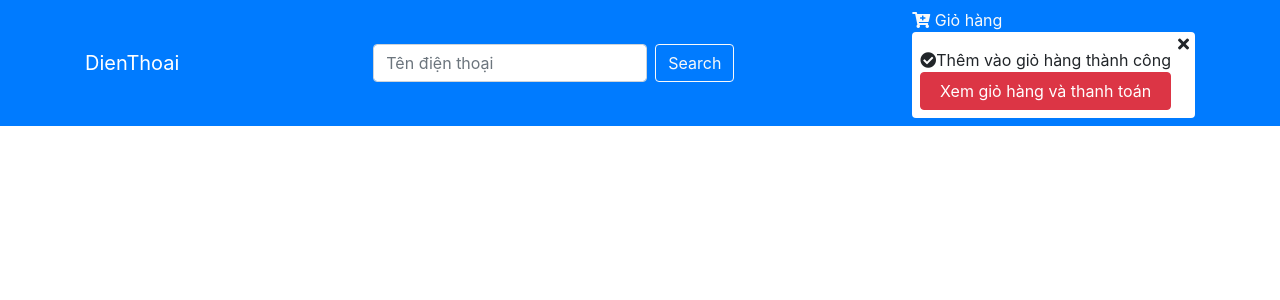
Repository: dovanthao2404/BC14_Bai_Tap_Ban_Dien_Thoai_dovanthao
Page: app/views/index.html
These files come from the project's save history. The page is drawn as it stood at one moment and after the next save; the edit follows.
The browser window is 1280 px wide. The pictures show the whole page.
Some web libraries are served in a nearby version. The style sheet was rebuilt from its Sass, Less or Tailwind sources for each picture, by a compiler version that may differ from the author's.

Above is the page before, as saved 2021-08-14 16:09:38.
Console error (its wording comes from the project's code and is left out).

### app/views/index.html
<!DOCTYPE html>
<html lang="en">

<head>
  <meta charset="UTF-8">
  <meta http-equiv="X-UA-Compatible" content="IE=edge">
  <meta name="viewport" content="width=device-width, initial-scale=1.0">
  <title>Dien Thoai Xin</title>




  <!-- FONT AWESOME -->
  <link rel="stylesheet" href="https://cdnjs.cloudflare.com/ajax/libs/font-awesome/5.15.4/css/all.min.css"
    integrity="sha512-1ycn6IcaQQ40/MKBW2W4Rhis/DbILU74C1vSrLJxCq57o941Ym01SwNsOMqvEBFlcgUa6xLiPY/NS5R+E6ztJQ=="
    crossorigin="anonymous" referrerpolicy="no-referrer" />

  <!-- GOOGLE FONTS -->

  <link rel="preconnect" href="https://fonts.googleapis.com">
  <link rel="preconnect" href="https://fonts.gstatic.com" crossorigin>
  <link
    href="https://fonts.googleapis.com/css2?family=Roboto:ital,wght@0,300;0,400;0,700;1,300;1,400;1,700&display=swap"
    rel="stylesheet">

  <!-- B4 -->
  <link rel="stylesheet" href="https://cdn.jsdelivr.net/npm/bootstrap@4.6.0/dist/css/bootstrap.min.css"
    integrity="sha384-B0vP5xmATw1+K9KRQjQERJvTumQW0nPEzvF6L/Z6nronJ3oUOFUFpCjEUQouq2+l" crossorigin="anonymous">

  <!-- MAIN CSS -->
  <link rel="stylesheet" href="../../assets/css/main.css">
</head>

<body>
  <header class="fixed-top">
    <nav class="navbar navbar-dark bg-primary">
      <div class="container">

        <a href="#" class="navbar-brand">
          DienThoai
        </a>
        <form class="form-inline my-2 my-lg-0">
          <input id="valueSearch" class="form-control mr-sm-2" type="search" placeholder="Tên điện thoại"
            aria-label="Search">
          <button id="btnSearch" class="btn btn-outline-light my-2 my-sm-0" type="button">Search</button>
        </form>
        <div class="phone-cart">
          <a href="cart.html" class="text-light">
            <i class="fa fa-cart-plus"></i> Giỏ hàng
          </a>
          <div class="notifiSuccess pb-2 pt-3 pl-2 pr-4 bg-white rounded">
            <i class="fa fa-times icon-close"></i>
            <div class="d-flex align-items-center">
              <i class="fa fa-check-circle"></i>
              <p class="m-0">Thêm vào giỏ hàng thành công</p>
            </div>
            <button class="btn btn-danger w-100" data-target="cart.html">Xem giỏ hàng và thanh toán</button>
          </div>
        </div>
      </div>
    </nav>

  </header>

  <section class="phone-product">
    <div class="container">
      <div id="listAll-type">
        <div class="phone-title">
          <div class="d-flex justify-content-between align-items-center my-3">
            <div class="d-flex align-items-center">
              <h3 class="mr-3">
                Danh sản phẩm
              </h3>
              <div>
                <select class="phone-select" name="" id="phoneType">
                  <option value="">Lọc</option>
                  <option value="Samsung">Samsung</option>
                  <option value="Iphone">Iphone</option>
                </select>

              </div>
            </div>
            <div class="sort-name">
              <select class="phone-select" name="" id="sortPhone">
                <option value="">Sắp xếp</option>
                <option value="a">A - Z</option>
                <option value="z">Z - A</option>
              </select>
            </div>
          </div>
        </div>
        <div class="phone-list">
          <div class="row" id="listPhoneView">

          </div>
        </div>
      </div>
    </div>
    </div>
  </section>


  <!-- B4 -->
  <script src="https://code.jquery.com/jquery-3.5.1.slim.min.js"
    integrity="sha384-DfXdz2htPH0lsSSs5nCTpuj/zy4C+OGpamoFVy38MVBnE+IbbVYUew+OrCXaRkfj"
    crossorigin="anonymous"></script>
  <script src="https://cdn.jsdelivr.net/npm/bootstrap@4.6.0/dist/js/bootstrap.bundle.min.js"
    integrity="sha384-Piv4xVNRyMGpqkS2by6br4gNJ7DXjqk09RmUpJ8jgGtD7zP9yug3goQfGII0yAns"
    crossorigin="anonymous"></script>


  <!-- AXIOS -->
  <script src="https://cdnjs.cloudflare.com/ajax/libs/axios/0.21.1/axios.min.js"
    integrity="sha512-bZS47S7sPOxkjU/4Bt0zrhEtWx0y0CRkhEp8IckzK+ltifIIE9EMIMTuT/mEzoIMewUINruDBIR/jJnbguonqQ=="
    crossorigin="anonymous" referrerpolicy="no-referrer"></script>

  <script type="module" src="./../controllers/main.js"></script>
</body>

</html>

### app/controllers/main.js
import Phone from "./../models/Phone.js"
import ListPhone from "./../models/ListPhone.js"


var listProductInCart = JSON.parse(localStorage.getItem("listProductInCart")) || [];



let getEle = (id) => {
  return document.getElementById(id)
}

let listPhone = new ListPhone();


let renderView = (arr) => {
  let html = ""
  arr.forEach((phone) => {
    html += `
    <div class="col-3 mb-3">
    <div class="card overflow-hidden h-100">
      <img
        src="${phone.img}"
        alt="" class="card-img-top">
      <div class="card-body">
        <h4 class=card-title>
        ${phone.name}
        </h4>
        <p class="card-text">${phone.desc}</p>
        </div>
        <div class="card-footer">
        <a data-action="add"  data-phone=${phone.id} class="btn btn-primary w-100">Cart</a>
        </div>
    </div>
  </div>
    `
  })
  getEle("listPhoneView").innerHTML = html

}

let fetchData = () => {
  listPhone
    .getListPhoneApi()
    .then((resp) => {
      renderView(resp.data)
    })
    .catch((err) => {
      console.log(err)
    })
}

fetchData()

let filterType = (phoneType, type) => {
  return listPhone
    .getListPhoneApi()
    .then((resp) => {
      let data = resp.data;
      data.forEach((phone) => {
        if (phone.type === type) {
          phoneType.push(phone);
        }
      })
      renderView(phoneType)
      return phoneType;
    })
    .catch((err) => {
      console.log(err)
    })
}

let sortPhone = (arr, valueSort) => {
  for (let i = 0; i < arr.length; i++) {
    for (let j = i; j < arr.length; j++) {
      if (valueSort === 1) {
        if (arr[i].name < arr[j].name) {
          let temp = arr[i];
          arr[i] = arr[j]
          arr[j] = temp;
        }
      } else {
        if (arr[i].name > arr[j].name) {
          let temp = arr[i];
          arr[i] = arr[j]
          arr[j] = temp;
        }
      }
    }
  }
  renderView(arr)
}


let delegationSelect = () => {
  let phoneType = [];
  let type = getEle("phoneType").value;
  let dataSort = getEle("sortPhone").value;

  if (type && dataSort) {

    if (dataSort === "a") {
      filterType(phoneType, type)
        .then((phoneType) => {
          sortPhone(phoneType, 1);
        })
    } else {
      filterType(phoneType, type)
        .then((phoneType) => {
          sortPhone(phoneType, 0);
        })
    }

  } else if (type && !dataSort) {

    filterType(phoneType, type);

  } else if (!type && dataSort) {

    if (dataSort === "a") {
      listPhone.getListPhoneApi()
        .then((resp) => {
          sortPhone(resp.data, 1);
        })
        .catch((err) => {
          console.log(err);
        })
    } else {
      listPhone.getListPhoneApi()
        .then((resp) => {
          sortPhone(resp.data, 0);
        })
        .catch((err) => {
          console.log(err);
        })
    }

  } else {
    fetchData()
  }
}

getEle("phoneType").addEventListener("change", delegationSelect)
getEle("sortPhone").addEventListener("change", delegationSelect)

const handleSearch = () => {
  let nameSort = getEle("valueSearch").value;
  nameSort = nameSort.toLowerCase().trim();
  listPhone.getListPhoneApi()
    .then((resp) => {
      let listPhone = resp.data;
      let listPhoneSearch = listPhone.filter((phone) => {
        return phone.name.toLowerCase().includes(nameSort);
      })
      renderView(listPhoneSearch);
    })
    .catch((err) => {
      console.log(err)
    })

}

getEle("btnSearch").addEventListener("click", handleSearch);




const delegationListPhoneView = (e) => {
  if (e.target.getAttribute("data-action") === "add") {
    let id = e.target.getAttribute("data-phone");

    listPhone.getPhoneById(id)
      .then((resp) => {
        let count = 0;
        for (let i = 0; i < listProductInCart.length; i++) {

          if (listProductInCart[i].id === id) {
            listProductInCart[i].quantity += 1;
            localStorage.setItem("listProductInCart", JSON.stringify(listProductInCart));
            count++;
          }

        }

        if (count === 0) {
          let phone = { ...resp.data }
          phone.quantity = 1;
          listProductInCart.push(phone);
          localStorage.setItem("listProductInCart", JSON.stringify(listProductInCart));

        }
      })
      .catch((err) => {
        console.log(err)
      })


  }
}


getEle("listPhoneView").addEventListener("click", delegationListPhoneView)

### app/models/Phone.js
class Phone {
  constructor({
    name,
    price,
    screen,
    backCamera,
    frontCamera,
    img,
    desc,
    type
  },) {
    this.name = name;
    this.price = price;
    this.screen = screen;
    this.backCamera = backCamera;
    this.frontCamera = frontCamera;
    this.img = img;
    this.desc = desc;
    this.type = type;
  }

}

### app/models/ListPhone.js
export default class ListPhone {
  getListPhoneApi() {
    return axios({
      url: "https://6113ecdacba40600170c1d10.mockapi.io/api/phone",
      method: "GET",
    });
  }

  getPhoneById(id) {
    return axios({
      url: `https://6113ecdacba40600170c1d10.mockapi.io/api/phone/${id}`,
      method: "GET",
    });
  }

}

//  MỚi ăn xong

### assets/scss/main.scss
.phone-product {
  margin-top: 80px;
}
.phone-select {
  padding: 8px 20px 8px 4px;
  border-color: #007bff;
  color: #007bff;
  border-radius: 4px;
  background: transparent;
  outline: none;
  cursor: pointer;
  transition: all 0.5s;
  &:hover {
    background-color: #007bff;
    color: white;
  }
  option {
    display: block;
    background-color: white;
    color: #000;
  }
}
.notifiSuccess {
  position: relative;
  &:before {
    content: "";
    position: absolute;
    display: block;
    width: 20px;
    height: 20px;
  }

  .icon-close {
    position: absolute;
    right: 6px;
    top: 4px;
    cursor: pointer;
  }
}

After the next save:
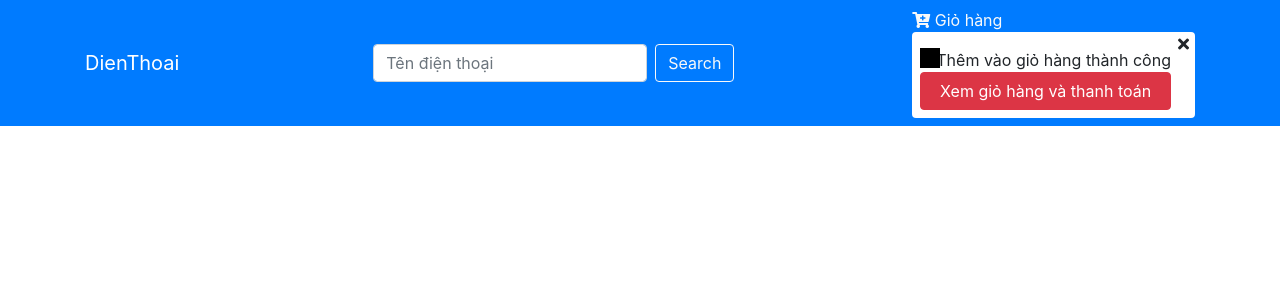
Saved 8 s later.
--- a/assets/scss/main.scss
+++ b/assets/scss/main.scss
@@ -28,6 +28,7 @@
     display: block;
     width: 20px;
     height: 20px;
+    background-color: #000;
   }
 
   .icon-close {
